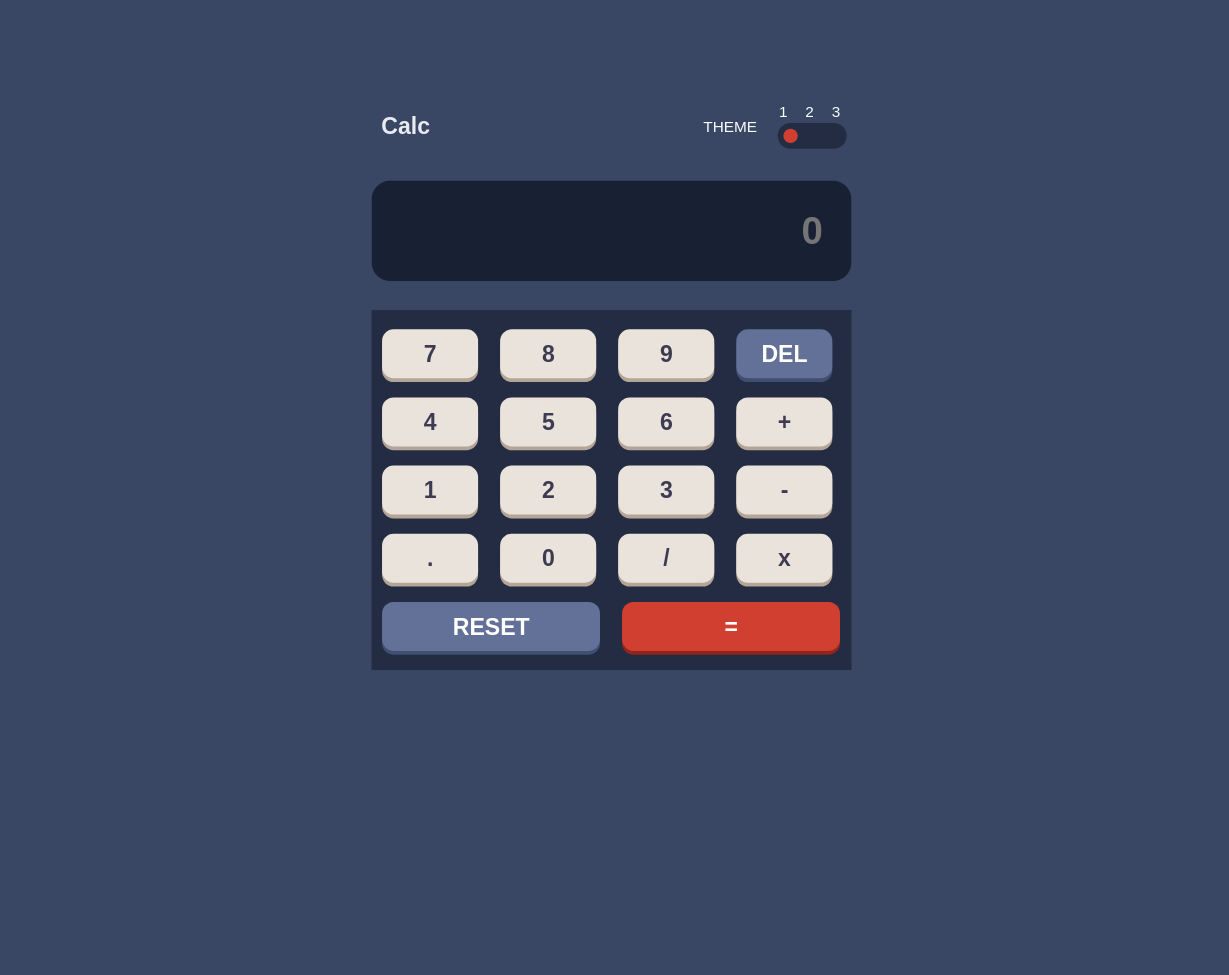
Repository: Bakyproit/Calcutor
Page: index.html
The author's editor kept a copy of each file at every save. The page is drawn from the files as they stood at one save, then again after a run of saves.
The browser window is 1280 px wide. The pictures show the whole page, at 96% of full size.

Above is the page before, as saved 2022-02-11 16:54:18.

After the next 3 saves:
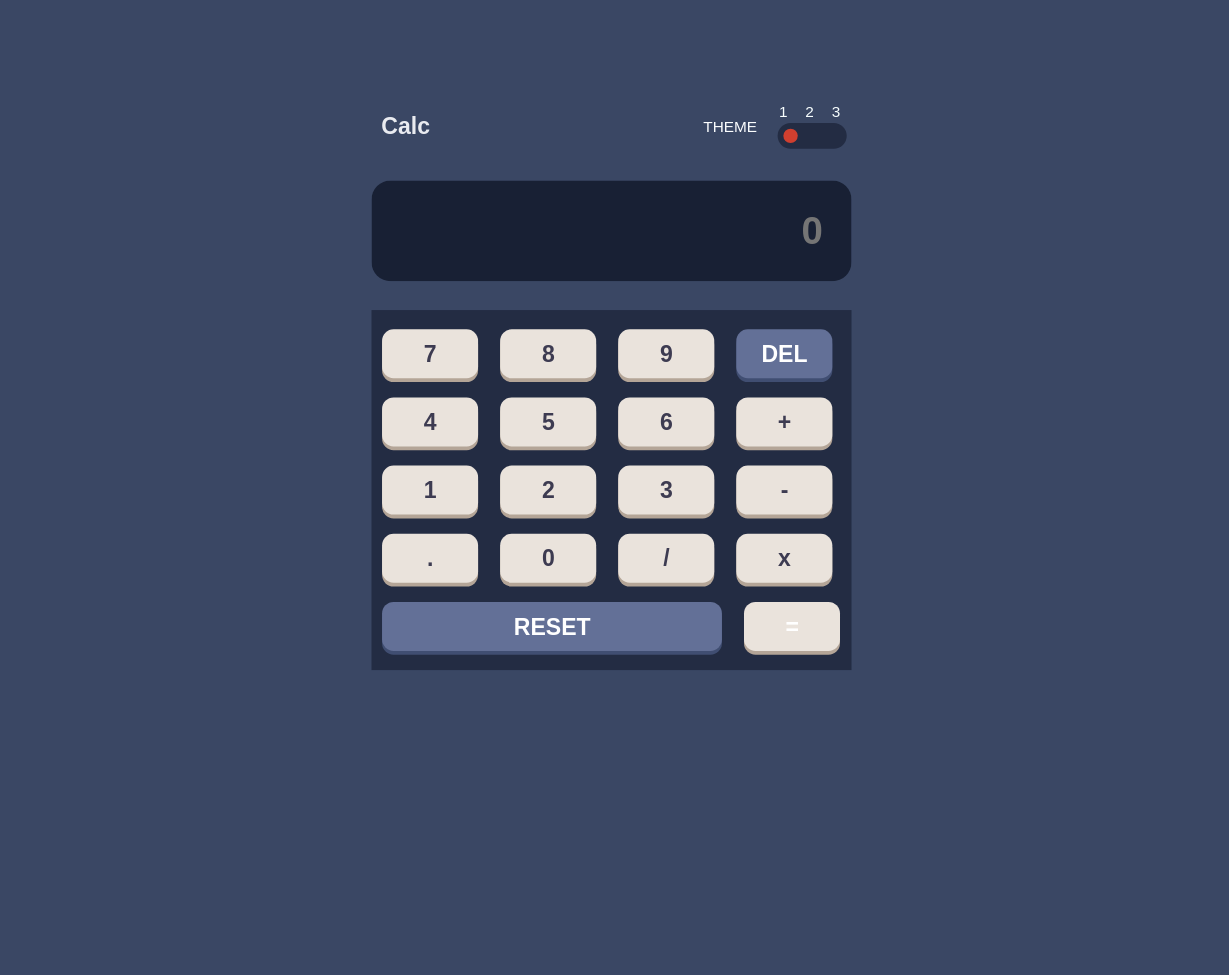
The 3 saves are shown as one change because they came seconds apart.
The last was saved 6 min 9 s later.
--- a/index.html
+++ b/index.html
@@ -96,7 +96,7 @@
                         <div class="button button-reset" onclick="clearAll()">
                             <span class="number number-reset">RESET</span>
                         </div>
-                        <div class="button button-return" onclick="calcutor()">
+                        <div class="button button-equal" onclick="calcutor()">
                             <span class="number number-return">=</span>
                         </div>
                     </div>
